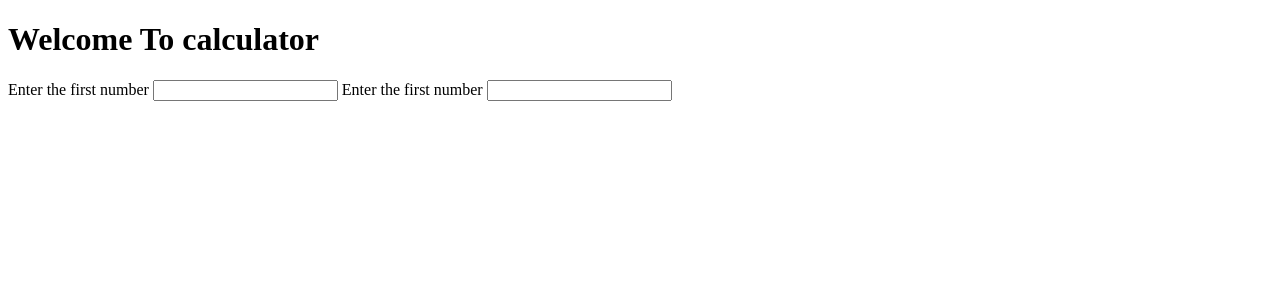
Repository: kunalquantum/jsp2
Page: demoApp/src/main/webapp/WEB-INF/calcu.html
The author's editor kept a copy of each file at every save. The page is drawn from the files as they stood at one save, then again after the next save.
The browser window is 1280 px wide. The pictures show the whole page.

Above is the page before, as saved 2024-06-11 12:52:48.

### demoApp/src/main/webapp/WEB-INF/calcu.html
<!DOCTYPE html>
<html>
<head>
<meta charset="UTF-8">
<title>Calculator</title>
</head>
<body>
<h1>Welcome To calculator </h1>

<form action="calc">
Enter the first number <input type="text" name="val1">
Enter the first number <input type="text" name="val2">





</form>






</body>
</html>

After the next save:
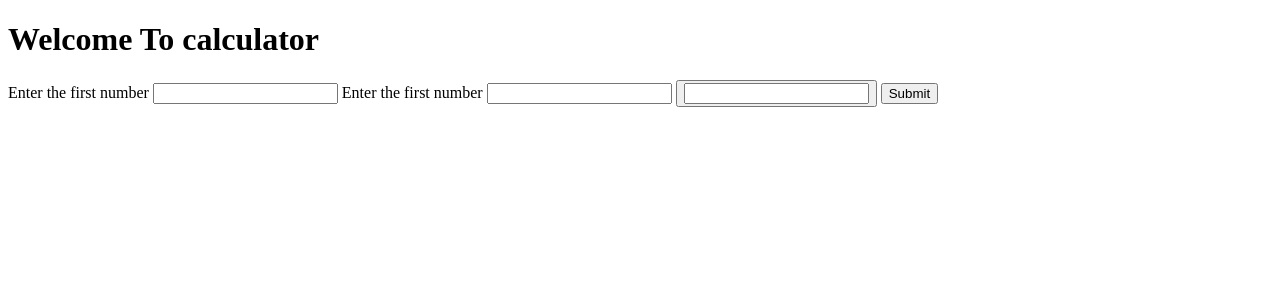
Saved 12 s later.
--- a/demoApp/src/main/webapp/WEB-INF/calcu.html
+++ b/demoApp/src/main/webapp/WEB-INF/calcu.html
@@ -8,10 +8,14 @@
 <h1>Welcome To calculator </h1>
 
 <form action="calc">
+
 Enter the first number <input type="text" name="val1">
 Enter the first number <input type="text" name="val2">
 
+<button> <input type="" > </button>
 
+
+<input type="submit" name="proceceed">
 
 
 
